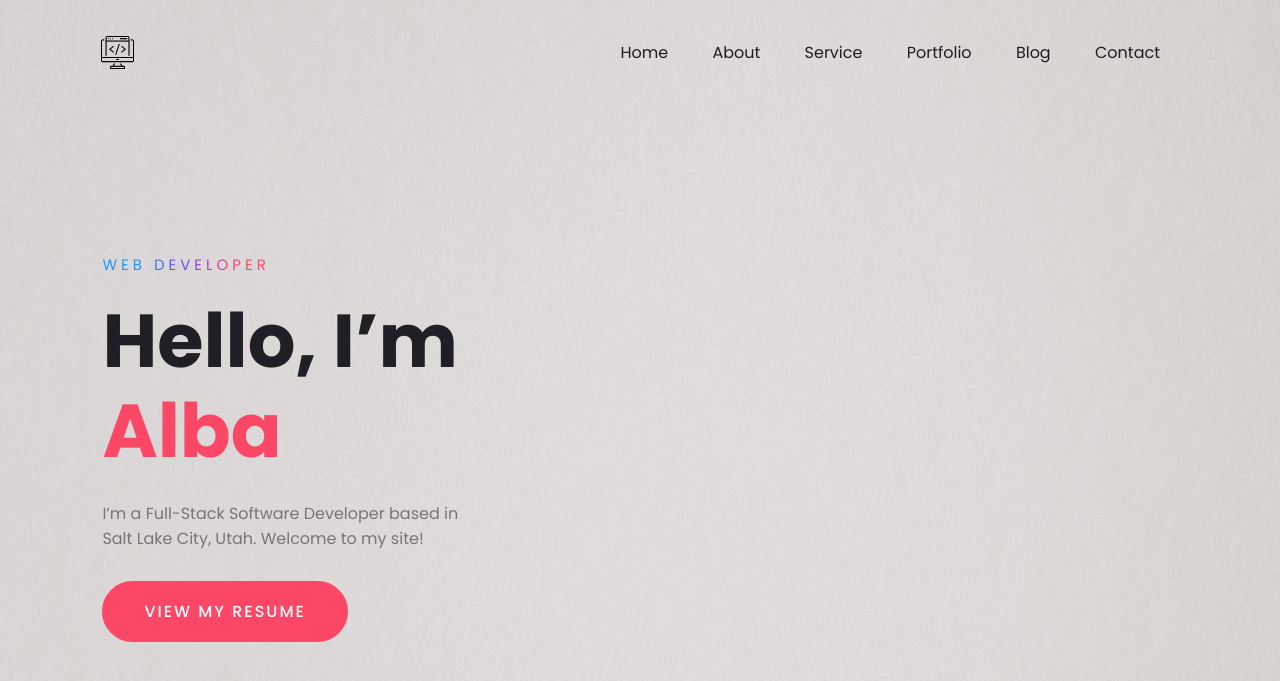
Repository: pilar122/port
Page: index.html
The author's editor kept a copy of each file at every save. The page is drawn from the files as they stood at one save, then again after the next save.
The browser window is 1280 px wide. The pictures show the whole page.

Above is the page before, as saved 2022-01-29 15:42:57.

### index.html
<!DOCTYPE html>
<html lang="en">
<head>
    <meta charset="UTF-8">
    <title>Personal Portfolio Website</title>
    <!----CSS link----->
    <link rel="stylesheet" href="style.css">
</head>
<body>
    <div class="hero">
        <nav>
            <img src="./img/coding.png" class="logo">
            <ul>
                <li><a href="#">Home</a></li>
                <li><a href="#">About</a></li>
                <li><a href="#">Service</a></li>
                <li><a href="#">Portfolio</a></li>
                <li><a href="#">Blog</a></li>
                <li><a href="#">Contact</a></li>
            </ul>

        </nav>
        <div class="content">

            <span class="title">Web Developer</span>
            <h1>Hello, I’m <span>Alba</span></h1>
            <p>I’m a Full-Stack Software Developer based in Salt Lake City, Utah. Welcome to my site!</p>
            <a href="https://docs.google.com/document/d/1-5NqQs53X55snoyWaPBF-iuk-xL4VE2I0psmDuApD5Q/edit?usp=sharing" class="btn"> View my Resume</a>
        </div>
    </div>
</body>
</html>

### style.css
@import url('https://fonts.googleapis.com/css2?family=Poppins:wght@400;500;600;700&display=swap');
*{
    margin: 0;
    padding: 0;
    box-sizing: border-box;
    font-family: 'Poppins', sans-serif;
}
a{
    text-decoration: none;
}
.hero{
    width: 100%;
    height: 100vh;
    background: url(img/bg1.jpg);
    background-size: cover;
}
nav{
    display: flex;
    align-items: center;
    justify-content: space-between;
    padding: 30px 100px;
}
.logo{
    max-height: 35px;
}
nav ul li{
    list-style: none;
    display: inline-block;
    padding: 10px 20px;
}
nav ul li a{
    color: #1d1d24;
    position: relative;
    padding: 5px 0;
}
nav ul li a:hover{
    color: #fd4766;
}
nav ul li a:after{
    content: "";
    position: absolute;
    left: 0;
    width: 0;
    height: 3px;
    background: #fd4766;
    transition: .3s;
    bottom: 0;
}
nav ul li a:hover:after{
    width: 100%;
}
.btn{
    color: #fff;
    font-size: 16px;
    text-transform: uppercase;
    letter-spacing: 2px;
    padding: 16px 40px;
    border-radius: 500px;
    display: inline-block;
    font-weight: 500;
    transition: all .4s ease-in-out;
    background-size: 152% 100%;
    background: #fd4766;
    border: 2px solid #fd4766;
}
.btn:hover{
    background: transparent;
    border-color: #fd4766;
    color: #fd4766;
}
.content{
    position: absolute;
    top: 35%;
    left: 8%;
}
.content .title{
    color: #1f1f25;
    font-size: 15px;
    text-transform: uppercase;
    letter-spacing: 4px;
    display: inline-block;
    margin-bottom: 20px;
    background: linear-gradient(120deg, #1c99fe 20.69%, #7644ff 50.19%,#fd4766 79.69%);
    -webkit-background-clip: text;
    -webkit-text-fill-color: transparent;
}
.content h1{
    color: #1f1f25;
    font-size: 75px;
    font-weight: 900;
    line-height: 90px;
    text-transform: inherit;
    width: 70%;
}
.content h1 span{
    color: #fd4766;
}
.content p{
    width: 55%;
    color: #757575;
    margin-top: 25px;
    margin-bottom: 30px;
}

After the next save:
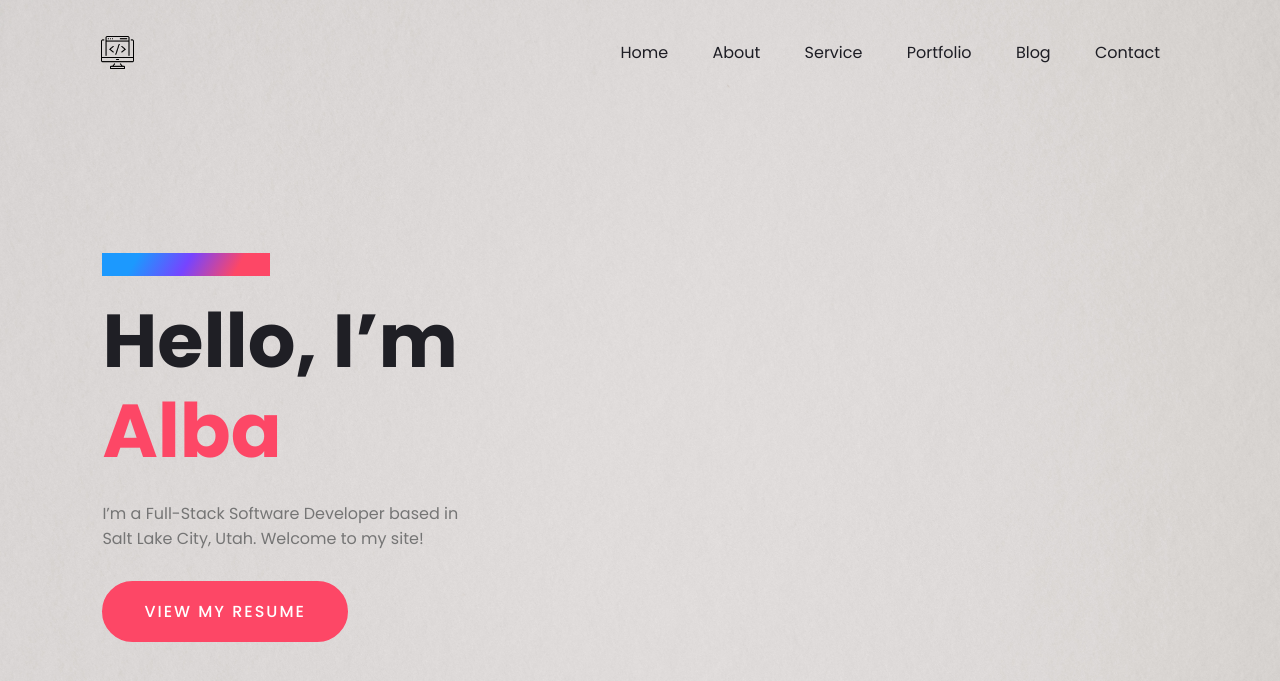
Saved 85 s later.
--- a/style.css
+++ b/style.css
@@ -81,7 +81,6 @@
     display: inline-block;
     margin-bottom: 20px;
     background: linear-gradient(120deg, #1c99fe 20.69%, #7644ff 50.19%,#fd4766 79.69%);
-    -webkit-background-clip: text;
     -webkit-text-fill-color: transparent;
 }
 .content h1{

After the save that followed:
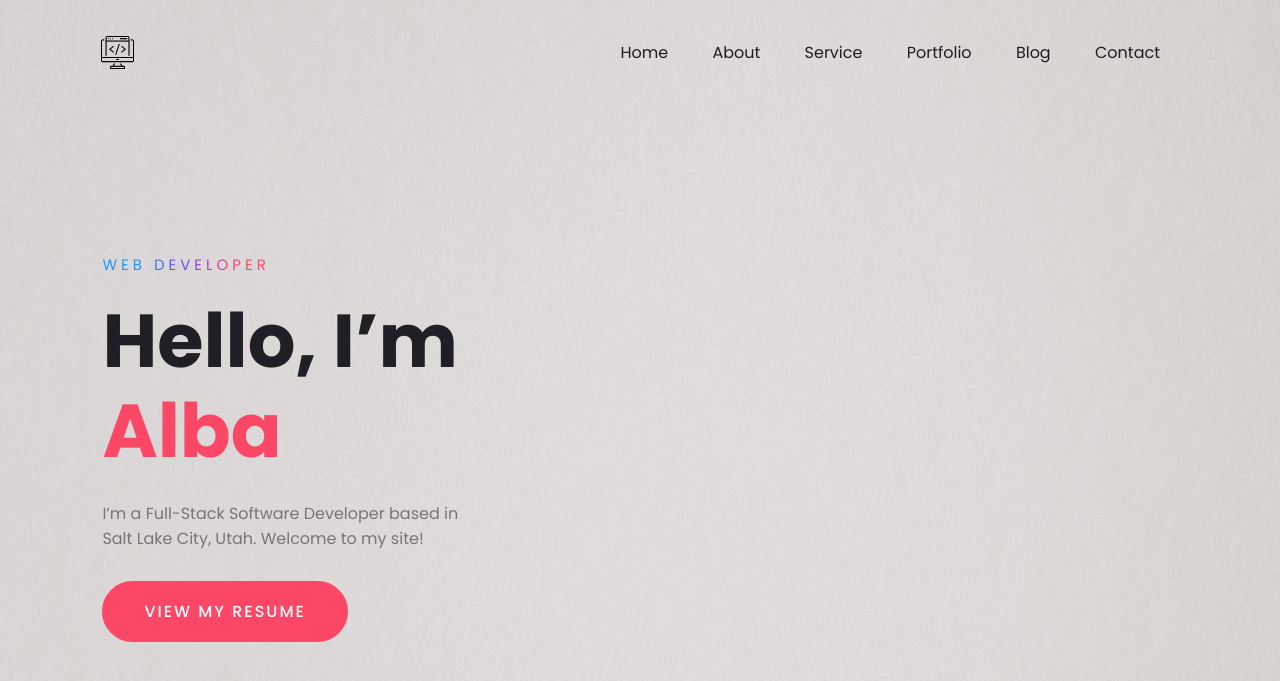
Saved 11 s later.
--- a/style.css
+++ b/style.css
@@ -81,6 +81,7 @@
     display: inline-block;
     margin-bottom: 20px;
     background: linear-gradient(120deg, #1c99fe 20.69%, #7644ff 50.19%,#fd4766 79.69%);
+    -webkit-background-clip: text;
     -webkit-text-fill-color: transparent;
 }
 .content h1{
